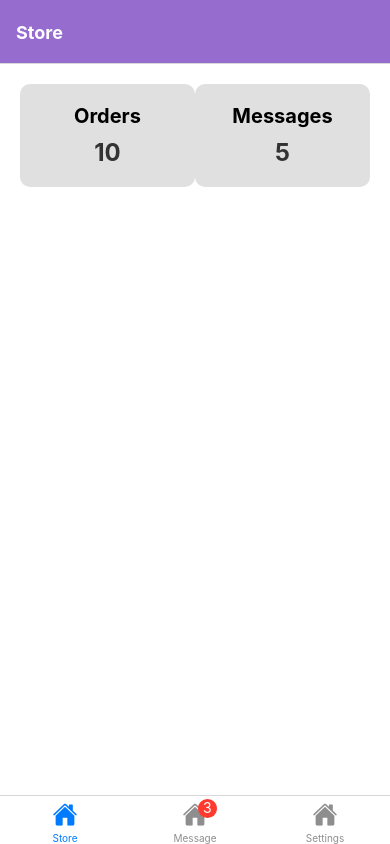
Repository: Waikato153/AwesomeProject
Screen: /
The author's editor kept a copy of each file at every save. The screen is drawn from the files as they stood at one save, then again after a run of saves.
The app was drawn by React Native's web renderer in a window 390 px wide. The project was rebuilt for these pictures with package versions that can differ from the ones it lists, and the page was loaded fresh each time.

Above is the screen before, as saved 2024-02-28 17:19:47.

### App.js
import * as React from 'react';
import { Text, View, StyleSheet} from 'react-native';
import { NavigationContainer } from '@react-navigation/native';
import { createBottomTabNavigator } from '@react-navigation/bottom-tabs';
import { Ionicons } from '@expo/vector-icons';

import HomeScreen from './screens/HomeScreen';

function SettingsScreen() {
  return (
    <View style={{ flex: 1, justifyContent: 'center', alignItems: 'center' }}>
      <Text>Settings!</Text>
    </View>
  );
}


const styles = StyleSheet.create({
  container: {
    flex: 1,
    justifyContent: 'center',
    backgroundColor: 'white',
    alignItems: 'center',
    padding: 8,
  },
  paragraph: {
    margin: 24,
    fontSize: 18,
    fontWeight: 'bold',
    textAlign: 'center',
  },
});

const Tab = createBottomTabNavigator();

function MyTabs() {
  return (

    <Tab.Navigator
      screenOptions={{
        tabBarIcon: ({ color, size }) => (
          <Ionicons name="home" color={color} size={size} />
        ),
        headerStyle: {
          backgroundColor: '#966ccf',
        },
        headerTintColor: '#fff',
        headerTitleStyle: {
          fontWeight: 'bold',
        },
      }}
    >
      <Tab.Screen
        name="Store"
        component={HomeScreen}

      />
      <Tab.Screen
        name="Message"
        component={SettingsScreen}
        options={{
          tabBarBadge: 3
        }}
      />
      <Tab.Screen
        name="Settings"
        component={SettingsScreen}
      />
    </Tab.Navigator>
  );
}

export default function App() {
  return (
    <NavigationContainer>
      <MyTabs />
    </NavigationContainer>
  );
}

### screens/HomeScreen.js
import React from 'react';
import { View, Text, StyleSheet } from 'react-native';

const HomeScreen = () => {
  return (
    <View style={styles.container}>
      <View style={styles.block}>
        <Text style={styles.title}>Orders</Text>
        <Text style={styles.count}>10</Text>
      </View>
      <View style={styles.block}>
        <Text style={styles.title}>Messages</Text>
        <Text style={styles.count}>5</Text>
      </View>

    </View>
  );
};



const styles = StyleSheet.create({
  container: {
    flex: 1,
    flexDirection: 'row',
    justifyContent: 'space-around',
    alignItems: 'flex-start',
    backgroundColor: '#ffffff',
    padding: 20,
  },
  block: {
    flex: 1,
    justifyContent: 'center',
    alignItems: 'center',
    backgroundColor: '#e0e0e0',
    borderRadius: 10,
    padding: 20,
    margin: 0,
  },
  title: {
    fontSize: 20,
    fontWeight: 'bold',
    marginBottom: 10,
  },
  count: {
    fontSize: 24,
    fontWeight: 'bold',
    color: '#333333',
  },
});



export default HomeScreen;

After the next 2 saves:
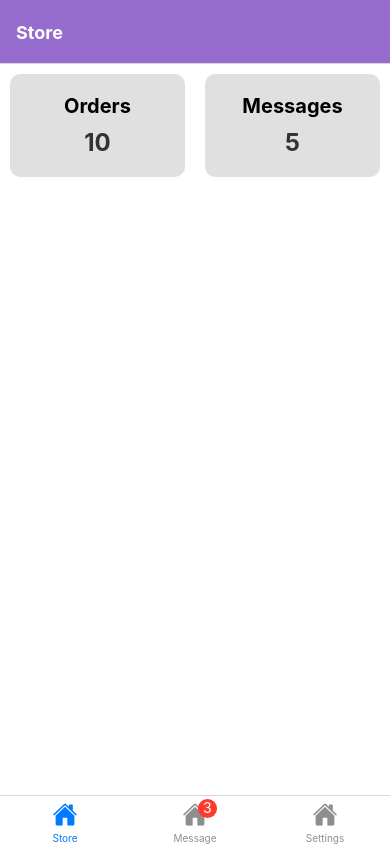
The 2 saves are shown as one change because they came seconds apart.
The last was saved 10 s later.
--- a/screens/HomeScreen.js
+++ b/screens/HomeScreen.js
@@ -26,7 +26,7 @@ const styles = StyleSheet.create({
     justifyContent: 'space-around',
     alignItems: 'flex-start',
     backgroundColor: '#ffffff',
-    padding: 20,
+    padding: 0,
   },
   block: {
     flex: 1,
@@ -35,7 +35,7 @@ const styles = StyleSheet.create({
     backgroundColor: '#e0e0e0',
     borderRadius: 10,
     padding: 20,
-    margin: 0,
+    margin: 10,
   },
   title: {
     fontSize: 20,
